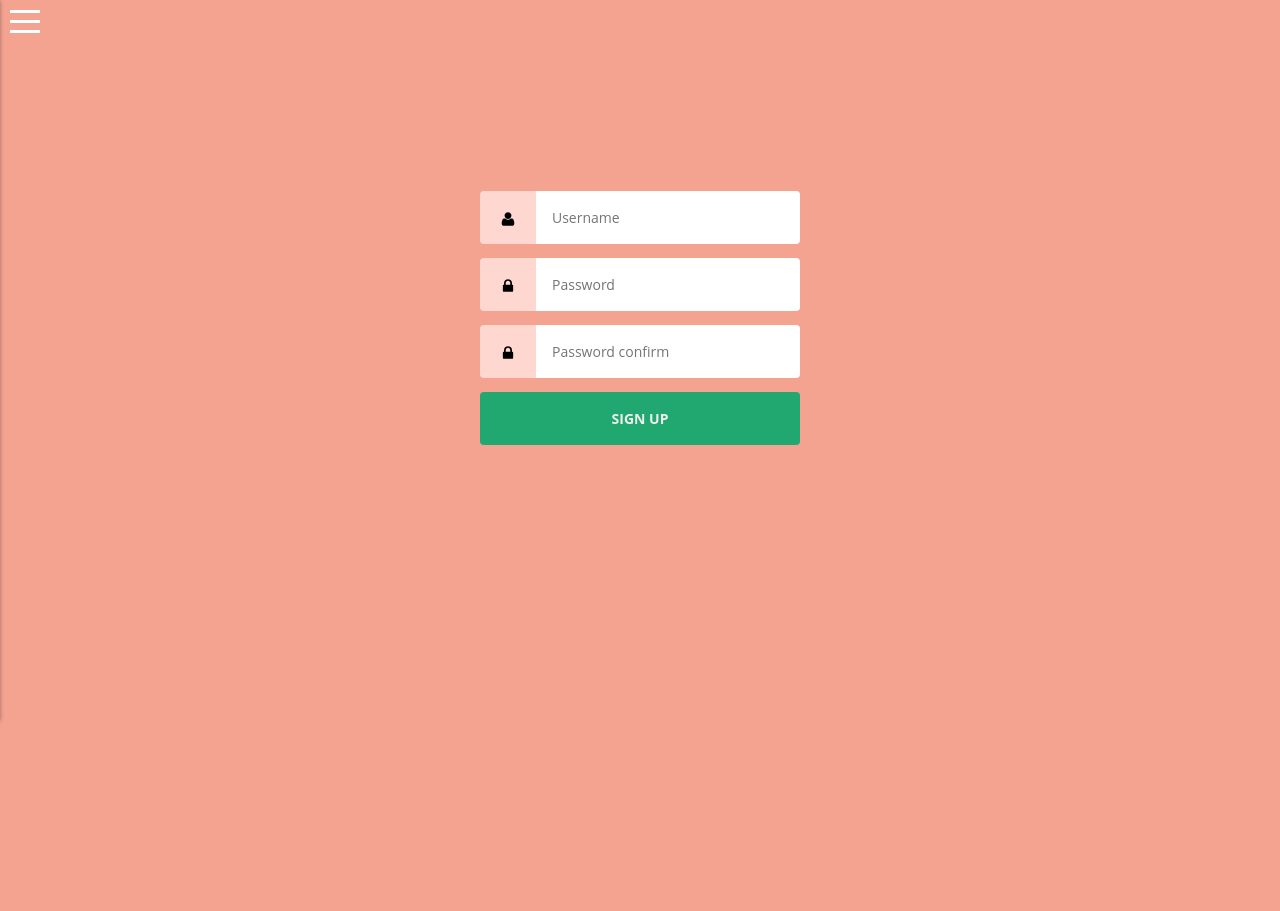
Repository: se-yoo/ChangeSeat
Page: http://localhost/ChangeSeat/signUp.jsp
The author's editor kept a copy of each file at every save. The page is drawn from the files as they stood at one save, then again after the next save.
The browser window is 1280 px wide. The pictures show the whole page.
Some web libraries are served in a nearby version. The page is served by Tomcat 9.

Above is the page before, as saved 2018-06-25 09:49:22.

### ChangeSeat/WebContent/signUp.jsp
<%@ page language="java" contentType="text/html; charset=UTF-8"
    pageEncoding="UTF-8"%>
<jsp:forward page="templateTest.jsp">
	<jsp:param name="CONTENTPAGE" value="signUpProc.jsp"/>
</jsp:forward>

### ChangeSeat/WebContent/templateTest.jsp
<%@ page language="java" contentType="text/html; charset=UTF-8"
    pageEncoding="UTF-8"%>
<!DOCTYPE html>
<html>
<head>
<meta charset="UTF-8">
<title>자리바꾸기</title>
<meta name="viewport" content="width=device-width, initial-scale=1">
 <title>Side Menu</title>
 <link rel="stylesheet" href="templateStyle.css">
 <link href='https://fonts.googleapis.com/css?family=Pacifico' rel='stylesheet' type='text/css'>
 <script src="//ajax.googleapis.com/ajax/libs/jquery/1.6.1/jquery.min.js" type="text/javascript"></script>
 <script>
$(document).ready(function(){
  /*
  $(".first").mouseover(function(){
    $(".second").css("background-color", '#6b81d5');
    $(".first").css("background-color", '#D56B81');

  });
  $(".second").mouseover(function(){
    $(".second").css("background-color", '#8a6bd5');
    $(".first").css("background-color", '#6bd5bf');

  });
  */
  $(".wrap").click(function(){
    $(".top").toggleClass("addedtop");
    $(".mid").toggleClass("addedmid");
    $(".bot").toggleClass("addedbot");
$(".side").toggleClass("triggered");
    $(".sidebtn").toggleClass("sideopacity");


  });

}); //final
</script>
</head>
<body>
<%
	String contentpage=request.getParameter("CONTENTPAGE");
%>
  <div class="wrap">
<span class="line top"></span>
  <span class="line mid"></span>
  <span class="line bot"></span>
  </div>
  <div class="side">
    <a href="main.jsp" class="sidebtn">홈</a>
    <a href="#" class="sidebtn">자리바꾸기</a>
    <a href="#" class="sidebtn">조편성</a>
    <a href="#" class="sidebtn">정보관리</a>
  </div>
  <jsp:include page="<%= contentpage %>"></jsp:include>
</body>
</html>

### ChangeSeat/WebContent/signUpProc.jsp
<%@ page language="java" contentType="text/html; charset=UTF-8"
	pageEncoding="UTF-8"%>
<!DOCTYPE html>
<html>
<head>
<meta content="text/html; charset=UTF-8">
<title></title>
 <link rel="stylesheet" href="signUpStyle.css">
</head>
<body>
	<div class="grid">

    <form action="https://httpbin.org/post" method="POST" class="form login">

      <div class="form__field">
        <label for="login__username"><svg class="icon"><use xmlns:xlink="http://www.w3.org/1999/xlink" xlink:href="#user"></use></svg><span class="hidden">Username</span></label>
        <input id="login__username" type="text" name="username" class="form__input" placeholder="Username" required>
      </div>

      <div class="form__field">
        <label for="login__password"><svg class="icon"><use xmlns:xlink="http://www.w3.org/1999/xlink" xlink:href="#lock"></use></svg><span class="hidden">Password</span></label>
        <input id="login__password" type="password" name="password" class="form__input" placeholder="Password" required>
      </div>

      <div class="form__field">
        <label for="login__password2"><svg class="icon"><use xmlns:xlink="http://www.w3.org/1999/xlink" xlink:href="#lock"></use></svg><span class="hidden">Password</span></label>
        <input id="login__password2" type="password" name="password2" class="form__input" placeholder="Password confirm" required>
      </div>

      <div class="form__field">
        <input type="submit" value="Sign Up">
      </div>

    </form>
  </div>

	  <svg xmlns="http://www.w3.org/2000/svg" class="icons"><symbol id="arrow-right" viewBox="0 0 1792 1792">
	  <path d="M1600 960q0 54-37 91l-651 651q-39 37-91 37-51 0-90-37l-75-75q-38-38-38-91t38-91l293-293H245q-52 0-84.5-37.5T128 1024V896q0-53 32.5-90.5T245 768h704L656 474q-38-36-38-90t38-90l75-75q38-38 90-38 53 0 91 38l651 651q37 35 37 90z"/>
	  </symbol><symbol id="lock" viewBox="0 0 1792 1792">
	  <path d="M640 768h512V576q0-106-75-181t-181-75-181 75-75 181v192zm832 96v576q0 40-28 68t-68 28H416q-40 0-68-28t-28-68V864q0-40 28-68t68-28h32V576q0-184 132-316t316-132 316 132 132 316v192h32q40 0 68 28t28 68z"/>
	  </symbol><symbol id="user" viewBox="0 0 1792 1792"><path d="M1600 1405q0 120-73 189.5t-194 69.5H459q-121 0-194-69.5T192 1405q0-53 3.5-103.5t14-109T236 1084t43-97.5 62-81 85.5-53.5T538 832q9 0 42 21.5t74.5 48 108 48T896 971t133.5-21.5 108-48 74.5-48 42-21.5q61 0 111.5 20t85.5 53.5 62 81 43 97.5 26.5 108.5 14 109 3.5 103.5zm-320-893q0 159-112.5 271.5T896 896 624.5 783.5 512 512t112.5-271.5T896 128t271.5 112.5T1280 512z"/></symbol></svg>

</body>
</html>

### ChangeSeat/WebContent/templateStyle.css
@CHARSET "UTF-8";
@font-face{
	font-family:yangFont;
	src:url('yangfont05.ttf') format('truetype');
}
@font-face{
	font-family:Nanum;
	src:url('NanumBarunGothicLight.ttf') format('truetype');
}
body {
  background-color:#f4a391;
  margin: 0;
  padding: 0;
  font-family:Nanum;
}
html,body {
 height:80%;
}
.line {
 display: block;
  height:3px;
  width:30px;
  background-color:white;
  margin-top:5px;
  position: absolute;
  top:0;

  transition: all .4s ease-in-out;
}
.wrap {
 height:80px;
  position: relative;
  top:5px;
  left:10px;
  width: 30px;
  z-index: +150;
  cursor: pointer;
  height:30px;
  position: fixed;
}

.mid {
 top:10px;
}
.bot {
top:20px;
}

.addedmid {
  transform: rotate(135deg);
}
.addedtop {
  transform: rotate(45deg);
  top:10px;
}
.addedbot {
 opacity: 0;
}
.side {
	font-family: yangFont;
	width:20%;
  	position: fixed;
  	height:100%;
  	text-align: center;
  	left:-20%;
  	z-index: 80;
  	box-shadow: 0 1px 4px 0 rgba(0,0,0,0.37);
  	top:0;
  	background-color: #21a770;
  	transition: all .5s ease-in-out;
}
.sidebtn {
 text-decoration: none;
  display: block;
  color:white;
  font-size:35px;
  opacity:0;
  width:50%;
  position: relative;
  left:25%;
  top:25%;
  white-space: nowrap;
  line-height:100px;
  transition:all .25s ease-in-out;

}
.sideopacity  {
 opacity: 1;
  transition: all 1s ease-in-out;
}
.sidebtn:hover {
  text-shadow: 2px 2px rgba(0, 0, 0, 0.38);
}
.triggered {
 left:0;
}
.sidebtn::after {
 content: '';
  position: absolute;
  bottom:0;
  left:50%;
  width:0%;
  height:5px;
  background-color: white;
  transition: all .3s ease-out;
}
.sidebtn:hover::after {
 width: 100%;
  left:0;
  box-shadow: 2px 2px rgba(0, 0, 0, 0.38);
}

### ChangeSeat/WebContent/signUpStyle.css
@CHARSET "UTF-8";
@font-face{
	font-family:yangFont;
	src:url('yangfont05.ttf') format('truetype');
}
@font-face{
	font-family:Nanum;
	src:url('NanumBarunGothicLight.ttf') format('truetype');
}
body{
	text-align:center;
	font-size:1.2em;
  color: var(--bodyColor);
  font-family: var(--bodyFontFamily), var(--bodyFontFamilyFallback);
  font-size: var(--bodyFontSize);
  font-weight: var(--bodyFontWeight);
  line-height: var(--bodyLineHeight);
  margin: 0;
  min-height: 100vh;
}

:root {
  --gridMaxWidth: 20rem;
  --gridWidth: 90%;
}

.grid {
margin-top:16%;
  margin-left: auto;
  margin-right: auto;
  max-width: var(--gridMaxWidth);
  width: var(--gridWidth);
}

/* helpers/hidden.css */

.hidden {
  border: 0;
  clip: rect(0 0 0 0);
  height: 1px;
  margin: -1px;
  overflow: hidden;
  padding: 0;
  position: absolute;
  width: 1px;
}

/* helpers/icon.css */

:root {
  --iconFill: var(--baseColor);
}

.icons {
  display: none;
}

.icon {
  display: inline-block;
  fill: var(--iconFill);
  font-size: 1rem;
  height: 1em;
  vertical-align: middle;
  width: 1em;
}

/* layout/base.css */

:root {
  --htmlFontSize: 100%;

  --bodyBackgroundColor: #2c3338;
  --bodyColor: var(--baseColor);
  --bodyFontFamily: 'Open Sans';
  --bodyFontFamilyFallback: sans-serif;
  --bodyFontSize: 0.875rem;
  --bodyFontWeight: 400;
  --bodyLineHeight: 1.5;
}

* {
  box-sizing: inherit;
}

html {
  box-sizing: border-box;
  font-size: var(--htmlFontSize);
}
/* modules/anchor.css */

:root {
  --anchorColor: #eee;
}

a {
  color: var(--anchorColor);
  outline: 0;
  text-decoration: none;
}

a:focus,
a:hover {
  text-decoration: underline;
}

/* modules/form.css */

:root {
  --formFieldMargin: 0.875rem;
}

input {
  background-image: none;
  border: 0;
  color: #f4a391;
  font: inherit;
  margin: 0;
  outline: 0;
  padding: 0;
  transition: background-color 0.3s;
}

input[type='submit'] {
  cursor: pointer;
}

.form {
  margin: calc(var(--formFieldMargin) * -1);
}

.form input[type='password'],
.form input[type='text'],
.form input[type='submit'] {
  width: 100%;
}

.form__field {
  display: flex;
  margin: var(--formFieldMargin);
}

.form__input {
  flex: 1;
}

/* modules/login.css */

:root {
  --loginBorderRadus: 0.25rem;
  --loginColor: #eee;

  --loginInputBackgroundColor: #3b4148;
  --loginInputHoverBackgroundColor: #434a52;

  --loginLabelBackgroundColor: #363b41;

  --loginSubmitBackgroundColor: #ea4c88;
  --loginSubmitColor: #eee;
  --loginSubmitHoverBackgroundColor: #d44179;
}

.login {
  color: var(--loginColor);
}

.login label,
.login input[type='text'],
.login input[type='password'],
.login input[type='submit'] {
  border-radius: var(--loginBorderRadus);
  padding: 1rem;
}

.login label {
  background-color: #fed7d0;
  border-bottom-right-radius: 0;
  border-top-right-radius: 0;
  padding-left: 1.25rem;
  padding-right: 1.25rem;
}

.login input[type='password'],
.login input[type='text'] {
  background-color: white;
  border-bottom-left-radius: 0;
  border-top-left-radius: 0;
}

.login input[type='password']:focus,
.login input[type='password']:hover,
.login input[type='text']:focus,
.login input[type='text']:hover {
  background-color:white;
}

.login input[type='submit'] {
  background-color: #21a770;
  color: var(--loginSubmitColor);
  font-weight: 700;
  text-transform: uppercase;
}

.login input[type='submit']:focus,
.login input[type='submit']:hover {
  background-color: white;
  color:#21a770;
}

/* modules/text.css */

:root {
  --paragraphMarginBottom: 1.5rem;
  --paragraphMarginTop: 1.5rem;
}

p {
  margin-bottom: var(--paragraphMarginBottom);
  margin-top: var(--paragraphMarginTop);
}

.text--center {
  text-align: center;
}

After the next save:
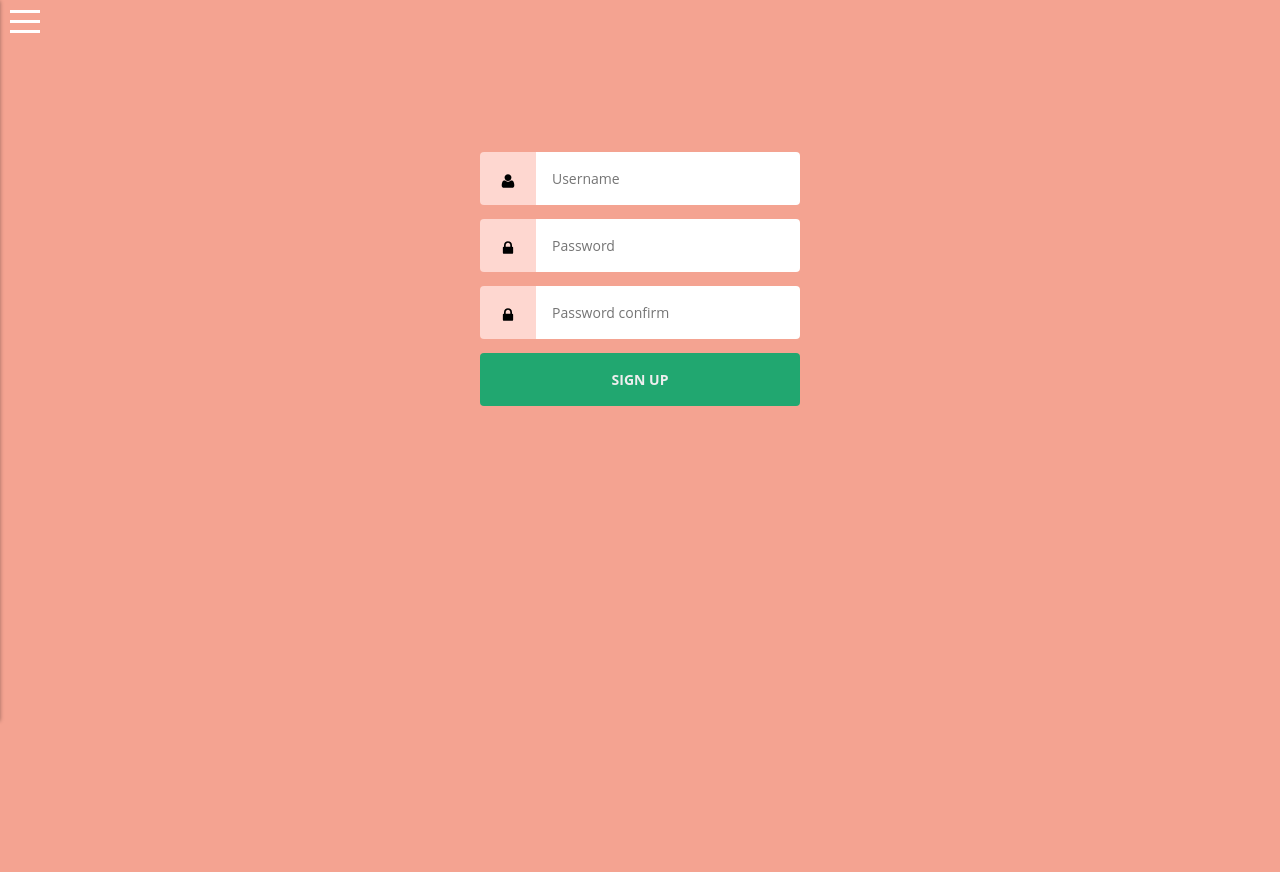
Saved 12 s later.
--- a/ChangeSeat/WebContent/signUpStyle.css
+++ b/ChangeSeat/WebContent/signUpStyle.css
@@ -25,7 +25,7 @@ body{
 }
 
 .grid {
-margin-top:16%;
+margin-top:13%;
   margin-left: auto;
   margin-right: auto;
   max-width: var(--gridMaxWidth);
